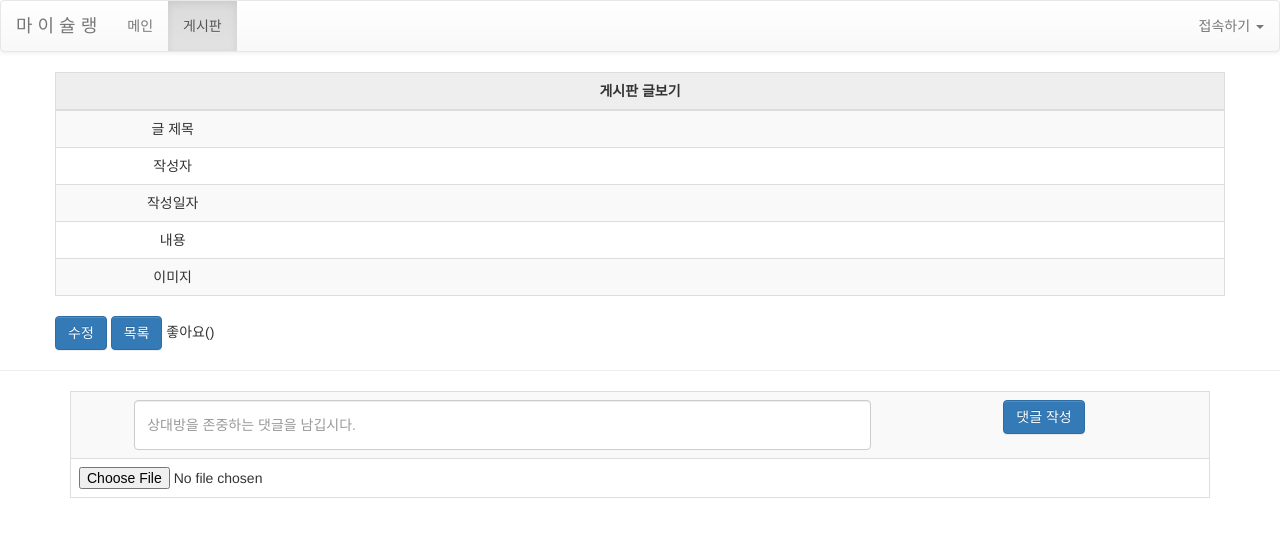
Repository: serendipity63/mychelin
Page: http://localhost/board/WEB-INF/views/detailform.jsp
These files come from the project's save history. The page is drawn as it stood at one moment and after the next save; the edit follows.
The browser window is 1280 px wide. The pictures show the whole page.
Some web libraries are served in a nearby version. The page is served by Tomcat 9. Nobody is signed in. The template is opened directly, without the code that normally fills it, so the values that code supplies are empty.

Above is the page before, as saved 2024-01-11 13:48:17.
Console error (its wording comes from the project's code and is left out).

After the next save:
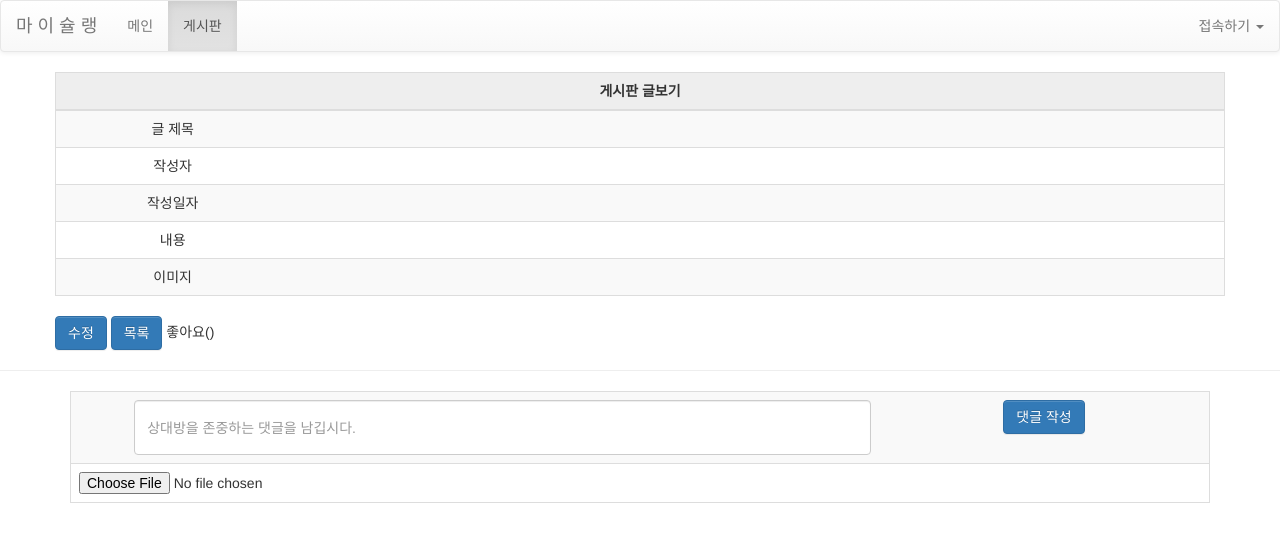
Saved 14 s later.
--- a/board/src/main/webapp/WEB-INF/views/detailform.jsp
+++ b/board/src/main/webapp/WEB-INF/views/detailform.jsp
@@ -188,7 +188,7 @@
 			<table class="table table-striped" style="text-align: center; border: 1px solid #dddddd">
 				<tr>
 					<td style="border-bottom:none;" valign="middle"><br>${user.id}</td>
-					<td><input type="text" style="height:5rem;" class="form-control" placeholder="상대방을 존중하는 댓글을 남깁시다." name = "commentText"></td>
+					<td><input type="text" style="height:5.5rem;" class="form-control" placeholder="상대방을 존중하는 댓글을 남깁시다." name = "commentText"></td>
 					<td><input type="submit" class="btn btn-primary" value="댓글 작성"></td>
 				</tr>
 				<tr>
